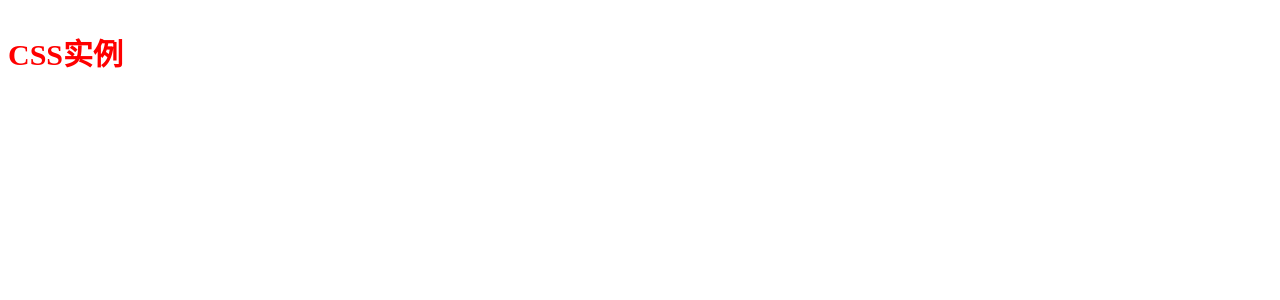
Repository: yuanliumaker/html-css-js
Page: css/example.html
These files come from the project's save history. The page is drawn as it stood at one moment and after the next save; the edit follows.
The browser window is 1280 px wide. The pictures show the whole page.

Above is the page before, as saved 2025-08-29 16:42:40.

### css/example.html
<!DOCTYPE html>
<html lang="en">
<head>
    <meta charset="UTF-8">
    <meta name="viewport" content="width=device-width, initial-scale=1.0">
    <title>Document</title>
    <style>
        h3{
            color:red;
            font-size:30px;
        }
    </style>
</head>
<body>
    <h3>CSS实例</h3>
</body>
</html>

### css/public.css
/* 使用css的唯一目的就是为了让网页更美观 */
/* css规则由两个主要的部分构成：选择器，以及一条或多条声明（样式） */
h{
    color: red; /* 颜色 */
    font-size: 30px; /* 字体大小 */
    /* text-align: center; 文本对齐方式 */
}

After the next save:
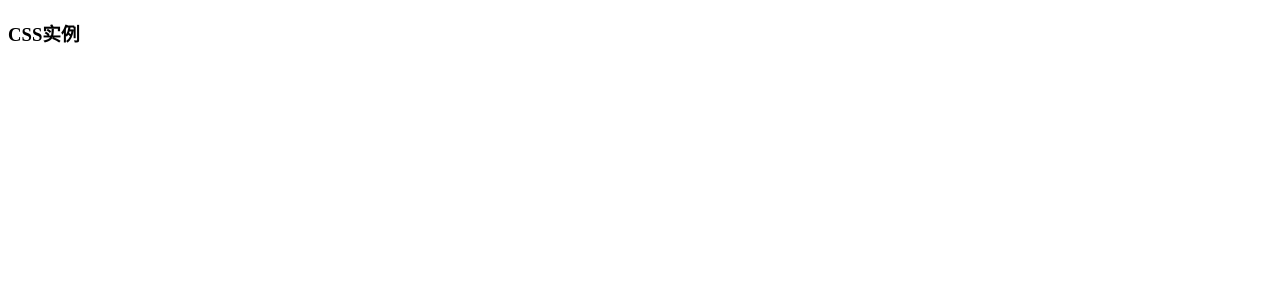
Saved 110 s later.
--- a/css/example.html
+++ b/css/example.html
@@ -4,12 +4,14 @@
     <meta charset="UTF-8">
     <meta name="viewport" content="width=device-width, initial-scale=1.0">
     <title>Document</title>
-    <style>
+    <!-- 外部样式表 link 相当于下面的style,相当于latex template-->
+    <link rel="stylesheet" href="./public.css">
+    <!-- <style>
         h3{
             color:red;
             font-size:30px;
         }
-    </style>
+    </style> -->
 </head>
 <body>
     <h3>CSS实例</h3>

After the save that followed:
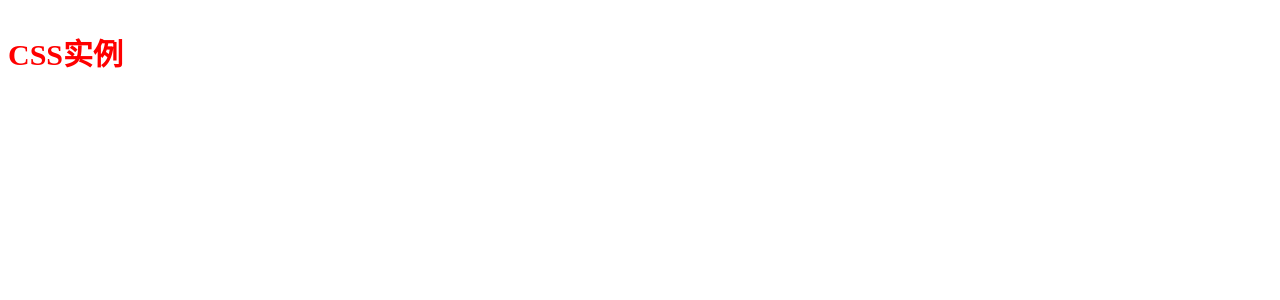
Saved 11 s later.
--- a/css/public.css
+++ b/css/public.css
@@ -1,6 +1,6 @@
 /* 使用css的唯一目的就是为了让网页更美观 */
 /* css规则由两个主要的部分构成：选择器，以及一条或多条声明（样式） */
-h{
+h3{
     color: red; /* 颜色 */
     font-size: 30px; /* 字体大小 */
     /* text-align: center; 文本对齐方式 */
